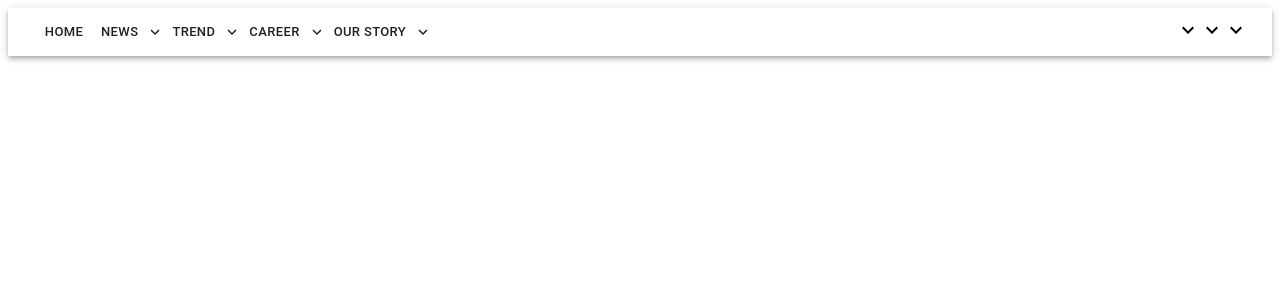
Repository: menamerai/fixi-vn-alpha
Page: /
The author's editor kept a copy of each file at every save. The page is drawn from the files as they stood at one save, then again after the next save.
The browser window is 1280 px wide. The pictures show the whole page.
The project was rebuilt for these pictures with package versions that can differ from the ones it lists, and the page was loaded fresh each time. Also part of the build but not shown: src/App.css.

Above is the page before, as saved 2020-09-21 21:27:56.

### src/App.js
import React from 'react';
import NavBar from './components/navbar/NavBar';
import './css/App.css';

function App() {
  return (
    <div className="app">
      <NavBar />
    </div>
  );
}

export default App;

### src/components/navbar/NavBar.jsx
import React from 'react';
import { AppBar, Toolbar, Button, Menu, MenuItem, Box } from "@material-ui/core";
import ExpandMoreIcon from '@material-ui/icons/ExpandMore';
import { useHistory, withRouter } from 'react-router-dom';
import '../../css/navbar/NavBar.css';

const NavBar = () => {
    const history = useHistory();
    // Add menu anchors (?)

    const buttons = [
        "News",
        "Trend",
        "Career",
        "Our Story"
    ].map(button => (
        <Button endIcon={<ExpandMoreIcon />} size="small" className="button">
            {button}
        </Button>
    ));

    return (
        <AppBar position="static" color="transparent">
            <Toolbar variant="dense" id="navbar">
                <Box className="buttons">
                    <Button size="small" className="button">
                        Home
                    </Button>
                    {buttons}
                </Box>
                <Box classname="icons">
                    <ExpandMoreIcon />
                    <ExpandMoreIcon />
                    <ExpandMoreIcon />
                </Box>
            </Toolbar>
        </AppBar>
    )
}

export default NavBar;

### src/css/navbar/NavBar.css
#navbar {
    display: flex;
    flex-direction: row;
    justify-content: space-between;
    align-items: center;
}
.MuiButton-sizeSmall {
    margin-left: 200px;
    margin-right: 2em;
}

Loaded but not shown: public/index.html (common file); src/index.js (common file); src/serviceWorker.js (common file)

After the next save:
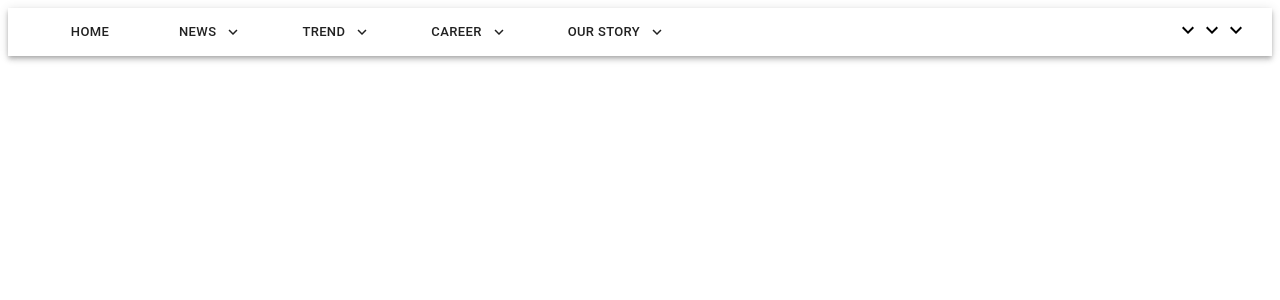
Saved 82 s later.
--- a/src/components/navbar/NavBar.jsx
+++ b/src/components/navbar/NavBar.jsx
@@ -8,13 +8,20 @@
     const history = useHistory();
     // Add menu anchors (?)
 
+    const styles = {
+        button: {
+            marginLeft: "2em",
+            marginRight: "2em"
+        }
+    };
+
     const buttons = [
         "News",
         "Trend",
         "Career",
         "Our Story"
     ].map(button => (
-        <Button endIcon={<ExpandMoreIcon />} size="small" className="button">
+        <Button endIcon={<ExpandMoreIcon />} size="small" style={styles.button}>
             {button}
         </Button>
     ));
@@ -23,7 +30,7 @@
         <AppBar position="static" color="transparent">
             <Toolbar variant="dense" id="navbar">
                 <Box className="buttons">
-                    <Button size="small" className="button">
+                    <Button size="small" style={styles.button}>
                         Home
                     </Button>
                     {buttons}
